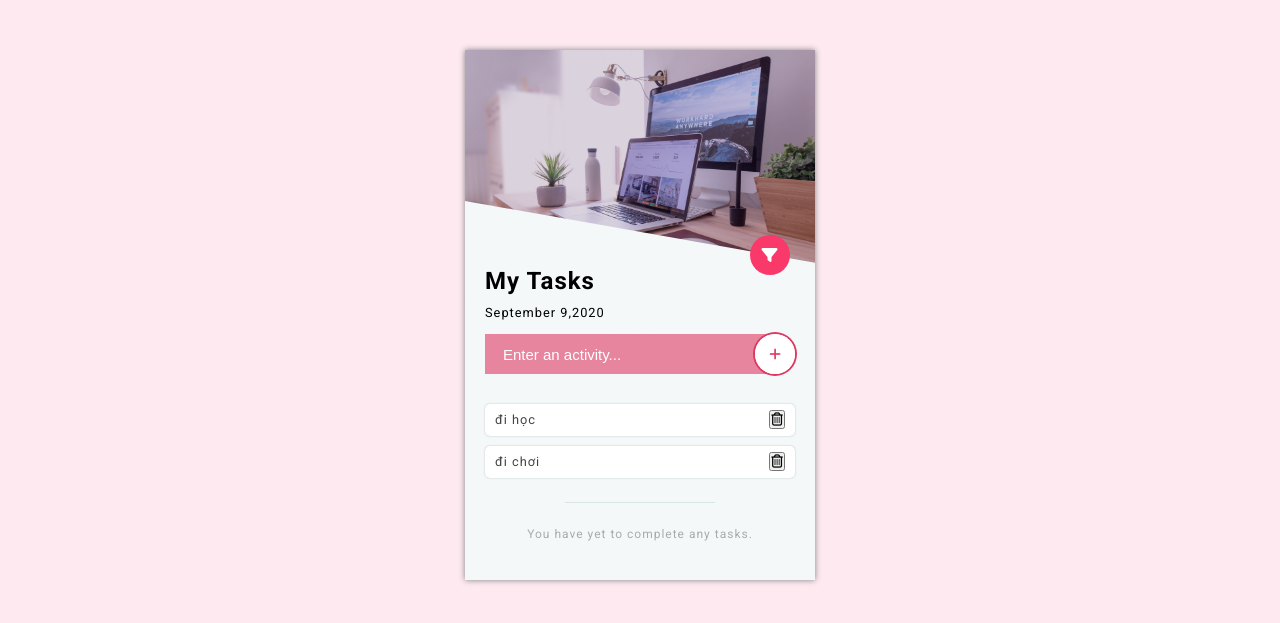
Repository: phongthanhh/JS-ToDoList
Page: index.html
These files come from the project's save history. The page is drawn as it stood at one moment and after the next save; the edit follows.
The browser window is 1280 px wide. The pictures show the whole page.

Above is the page before, as saved 2022-12-20 14:15:29.

After the next save:
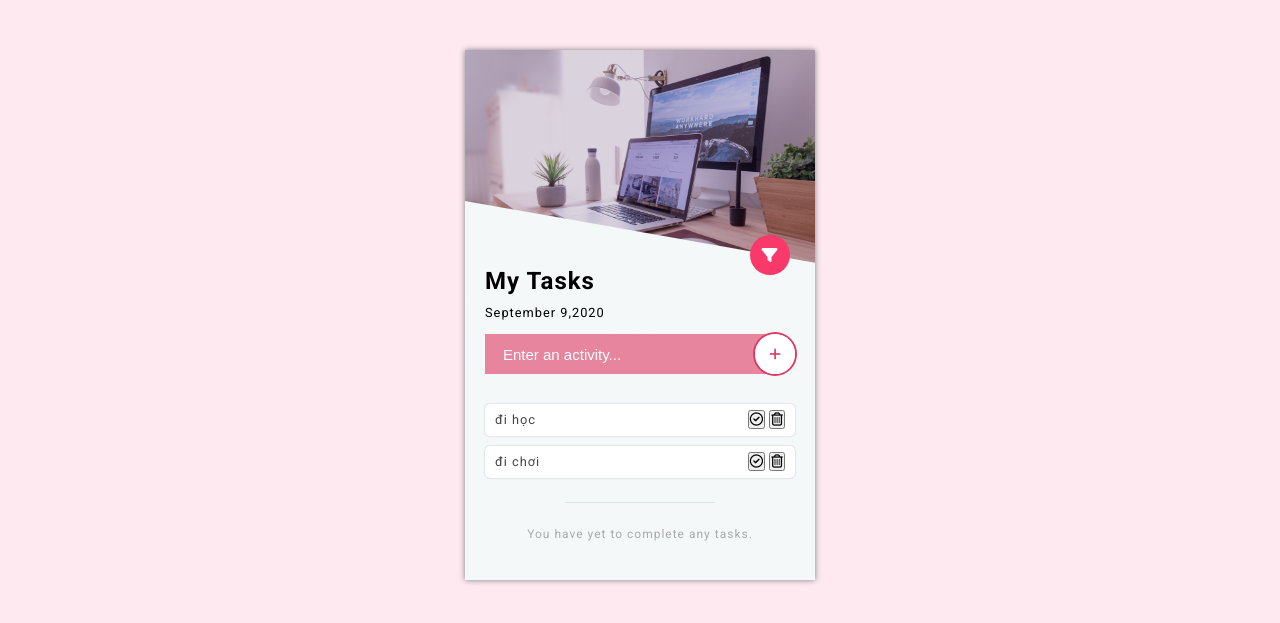
Saved 64 s later.
--- a/js/ToDoList.js
+++ b/js/ToDoList.js
@@ -23,7 +23,7 @@ export default class TodoList extends ToDo {
         this.ToDoArray.map(item => {
             contentTodO += `
                 <li>${item.content}
-                <div> <button> <i class="fa-regular fa-trash-can"></i></button> </div>
+                <div> <button> <i class="fa-regular fa-circle-check"></i></button> <button> <i class="fa-regular fa-trash-can"></i></button> </div>
                 </li>
             `
         })
